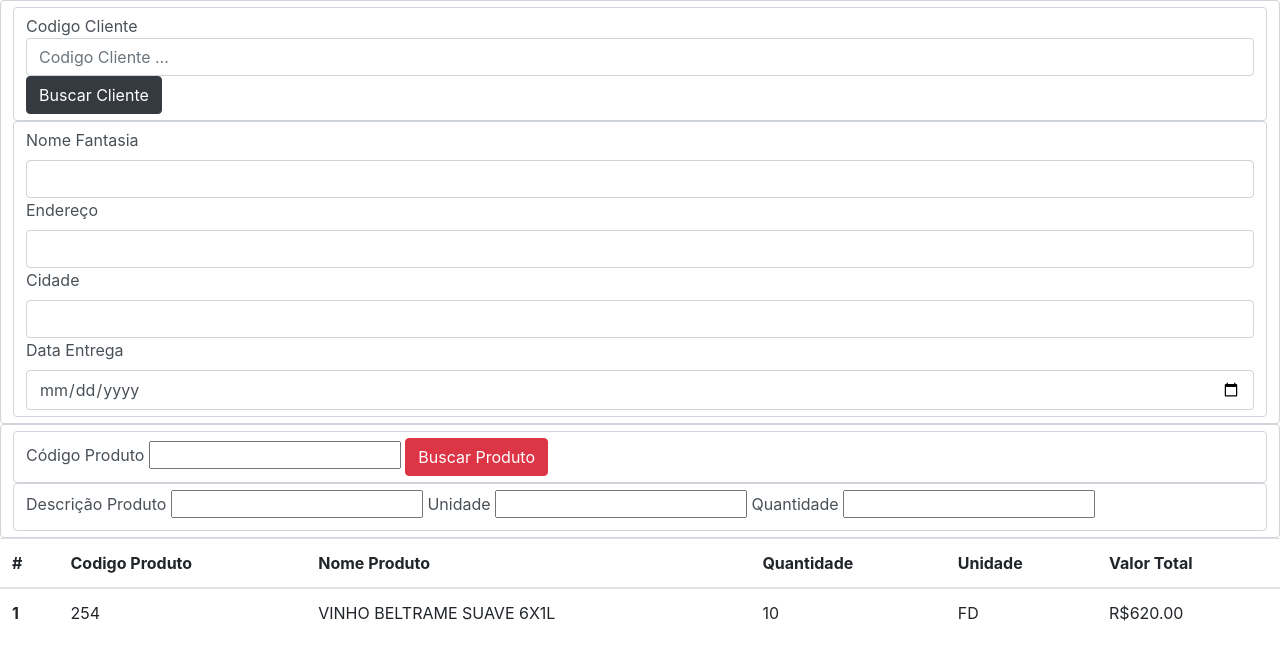
Repository: RobertoAntunes35/controle-estoque
Page: backend/templates/paginaGeracaoPedidos.html
An editor plug-in stored every save of this project. The page is shown before and after the next save, followed by the edit.
The browser window is 1280 px wide. The pictures show the whole page.
Some web libraries are served in a nearby version. The template is drawn by Flask 3. The application's start-up code is not run. The template is opened directly, without the code that normally fills it, so the values that code supplies are empty.

Above is the page before, as saved 2023-06-06 10:47:56.

After the next save:
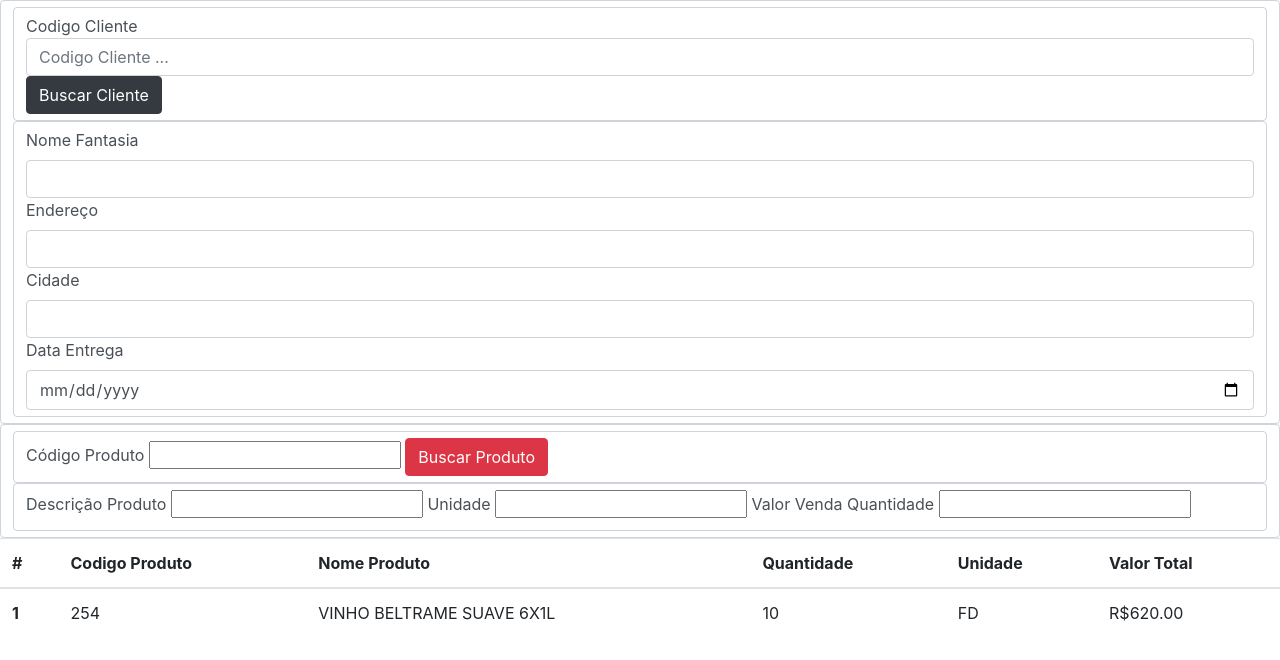
Saved 12 s later.
--- a/backend/templates/paginaGeracaoPedidos.html
+++ b/backend/templates/paginaGeracaoPedidos.html
@@ -40,6 +40,7 @@
                         <label for="">Unidade</label>
                         <input type="text">
 
+                        <label for="">Valor Venda</label>
                         <label for="">Quantidade</label>
                         <input type="number">
                     </div>
